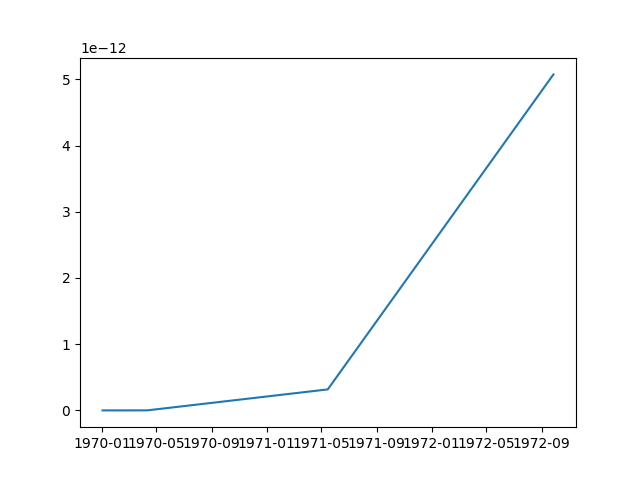
Repository: MichaelCullen2011/QuantumAndNeutrinos
Script's output: python neutrinos.py
The author's editor kept a copy of each file at every save. The script's output is drawn from the files as they stood at one save, then again after the next save.
Random numbers start from a fixed seed.

Above is the script's output before, as saved 2021-06-02 10:08:34.

### neutrinos.py
import numpy as np
import matplotlib.pyplot as plt


'''
To Do       -   Add graphing for a range of energies for each neutrino cs reaction
'''


'''
Variables and Constants
'''
# Variables
delta_m_sq = 'Mass difference squared between two flavour states'
delta_m_e_mu_sq = 7.53e-5      # eV**2
delta_m_tau_mu_sq = 2.44e-3    # eV**2  # can be +ve or -ve
delta_m_tau_e_sq = 2.44e-3     # eV**2  # can be +ve or -ve
delta_m_mu_e_sq = delta_m_e_mu_sq      # eV**2
delta_m_mu_tau_sq = delta_m_tau_mu_sq    # can be +ve or -ve
delta_m_e_tau_sq = delta_m_tau_e_sq     # eV**2

sin_sq_theta_e_tau = 0.093
sin_sq_theta_e_mu = 0.846
sin_sq_theta_mu_tau = 0.92      # actually > 0.92 but it varies on atmospheric values
sin_sq_theta_mu_e = sin_sq_theta_e_mu
sin_sq_theta_tau_e = sin_sq_theta_e_tau
sin_sq_theta_tau_mu = sin_sq_theta_mu_tau


m_out = 10       # reactant mass out (electrons, muons etc)
m_in = 1000        # reactant mass in (electrons, muons etc)
E_v = 100     # Neutrino energy
L = 10       # distance oscillating (for oscillation)
E = E_v     # Neutrino beam energy
d = 10       # distance travelled (for decoherence)

G_f = 1.1663787e-5         # GeV-2
sin_sq_theta_w = 0.22290        # Weinberg angle
m_e = 0.511 * 1e-3     # GeV c-2
m_u = 105 * 1e-3       # GeV c-2
sigma_naught = 1.72e-45         # m**2 / GeV


mom_v = 0
# mom_e = m_e + v_e
# mom_u = m_u + v_u
mom_e = np.sqrt((sigma_naught * np.pi) / G_f**2)
mom_u = mom_e * (m_u / m_e)      # assume similar velocities

kinematic_e = (mom_v + mom_e)**2
kinematic_u = (mom_v + mom_u)**2

kinematic_e = m_e**2 + 2*m_e*E_v
kinematic_u = m_u**2 + 2*m_u*E_v

sigma_naught_e = (G_f**2 * kinematic_e) / np.pi
sigma_naught_u = (G_f**2 * kinematic_u) / np.pi


'''
Oscillation Probabilities   -   p_oscill = (np.sin(2 * theta))**2 * (np.sin((delta_m_sq * L) / (4 * E)))**2
'''


class Oscillations:
    def __init__(self, distance):
        p_e_mu_list = []
        p_e_tau_list = []
        p_e_e_list = []

        p_mu_e_list = []
        p_mu_tau_list = []
        p_mu_mu_list = []

        p_tau_e_list = []
        p_tau_mu_list = []
        p_tau_tau_list = []

        max = 1000      # Number of points
        E = 4      # GeV
        L = distance    # Km
        x_range = np.linspace(0, L / E, max)
        theta_range = np.linspace(0, 2 * np.pi, max)
        n = 0
        for x in x_range:
            n += 1
            print("Calculated Probability {} of {}".format(n, max))
            p_e_mu_list.append(Oscillations.prob(self, flavours='e_mu', x=x))
            p_e_tau_list.append(Oscillations.prob(self, flavours='e_tau', x=x))
            p_e_e_list.append(
                (1 - (Oscillations.prob(self, flavours='e_mu', x=x)) * (1 - Oscillations.prob(self, flavours='e_tau', x=x))))

            p_mu_e_list.append(Oscillations.prob(self, flavours='mu_e', x=x))
            p_mu_tau_list.append(Oscillations.prob(self, flavours='mu_tau', x=x))
            p_mu_mu_list.append(
                (1 - Oscillations.prob(self, flavours='mu_e', x=x)) * (1 - Oscillations.prob(self, flavours='mu_tau', x=x)))

            p_tau_e_list.append(Oscillations.prob(self, flavours='tau_e', x=x))
            p_tau_mu_list.append(Oscillations.prob(self, flavours='tau_mu', x=x))
            p_tau_tau_list.append(
                (1 - (Oscillations.prob(self, flavours='tau_e', x=x)) * (1 - Oscillations.prob(self, flavours='tau_mu', x=x))))

        prob_e = [p_e_e_list, p_e_mu_list, p_e_tau_list]
        prob_mu = [p_mu_mu_list, p_mu_e_list, p_mu_tau_list]
        prob_tau = [p_tau_tau_list, p_tau_e_list, p_tau_mu_list]

        prob_neut = [prob_e, prob_mu, prob_tau]

        fig, axs = plt.subplots(3)
        fig.suptitle('Neutrino Oscillations')
        n = 0
        for initial in prob_neut:
            if n == 0:
                for p in initial:
                    axs[n].plot(x_range, p)
                    axs[n].legend(['e to e', 'e to mu', 'e to tau'], loc=1)
            if n == 1:
                for p in initial:
                    axs[n].plot(x_range, p)
                    axs[n].legend(['mu to mu', 'mu to e', 'mu to tau'], loc=1)
            if n == 2:
                for p in initial:
                    axs[n].plot(x_range, p)
                    axs[n].legend(['tau to tau', 'tau to e', 'tau to mu'], loc=1)
            n += 1

    def prob(self, flavours, x):
        if flavours == 'e_mu':
            prob = sin_sq_theta_e_mu * np.square(np.sin(1.27 * delta_m_e_mu_sq * x / 4))
        elif flavours == 'e_tau':
            prob = sin_sq_theta_e_tau * np.square(np.sin(1.27 * delta_m_e_tau_sq * x / 4))
        elif flavours == 'mu_e':
            prob = sin_sq_theta_e_mu * np.square(np.sin(1.27 * delta_m_mu_e_sq * x / 4))
        elif flavours == 'mu_tau':
            prob = sin_sq_theta_mu_tau * np.square(np.sin(1.27 * delta_m_mu_tau_sq * x / 4))
        elif flavours == 'tau_e':
            prob = sin_sq_theta_tau_e * np.square(np.sin(1.27 * delta_m_tau_e_sq * x / 4))
        elif flavours == 'tau_mu':
            prob = sin_sq_theta_tau_mu * np.square(np.sin(1.27 * delta_m_tau_mu_sq * x / 4))
        return prob


'''
Cross Sections
'''


class CrossSections:
    def __init__(self, energy, lepton):
        E_v = energy
        sigma_naught = 1.72e-45

        s_e = sigma_naught * np.pi / G_f**2
        s_u = s_e * (m_u / m_e)

        sigma_naught_e = (2 * m_e * G_f**2 * E_v) / np.pi
        sigma_naught_u = (2 * m_u * G_f**2 * E_v) / np.pi

        print("HERE ", sigma_naught_e, sigma_naught_u)
        if lepton == 'e':
            sigma_naught = sigma_naught_e
            self.cs_without_ms = {'e_e': [], 'E_E': [], 'E_U': [], 'u_e': [], 'u_u': [], 'U_U': []}
            self.cs_with_ms = {'e_e': [], 'E_E': [], 'E_U': [], 'u_e': [], 'u_u': [], 'U_U': []}

        elif lepton == 'u':
            sigma_naught = sigma_naught_u
            self.cs_without_ms = {'e_e': [], 'E_E': [], 'U_E': [], 'e_u': [], 'u_u': [], 'U_U': []}
            self.cs_with_ms = {'e_e': [], 'E_E': [], 'U_E': [], 'e_u': [], 'u_u': [], 'U_U': []}

        for flavour in self.cs_without_ms.keys():
            cs = CrossSections.neutrino_and_electron(self, flavour=flavour) * energy * sigma_naught
            self.cs_without_ms[flavour].append(cs)
            self.cs_with_ms[flavour].append(
                cs * energy * sigma_naught *
                CrossSections.mass_suppression(
                    self, flavour, energy=energy, reaction_lepton=lepton
                )
            )
        print("CS without mass suppression, \n", self.cs_without_ms)
        print("CS with mass suppression, \n", self.cs_with_ms)

    def neutrino_and_electron(self, flavour):
        if flavour == 'e_e':
            cs = 0.25 + sin_sq_theta_w + (4 / 3) * np.square(sin_sq_theta_w)
        elif flavour == 'E_E':
            cs = (1 / 12) + 1 / 3 * (sin_sq_theta_w + 4 / 3 * np.square(sin_sq_theta_w))
        elif flavour == 'E_U' or flavour == 'U_E':
            cs = 1 / 3
        elif flavour == 'u_e' or flavour == 'e_u':
            cs = 1
        elif flavour == 'u_u':
            cs = 1 / 4 - sin_sq_theta_w + 4 / 3 * np.square(sin_sq_theta_w)
        elif flavour == 'U_U':
            cs = 1 / 12 - 1 / 3 * sin_sq_theta_w + 4 / 3 * np.square(sin_sq_theta_w)
        return cs

    def mass_suppression(self, flavour, energy, reaction_lepton='e'):
        m_E = m_e
        m_U = m_u
        if reaction_lepton == 'e':
            m_in = m_e
        elif reaction_lepton == 'u':
            m_in = m_u

        if flavour == 'e_e':
            zeta = 1 - ((m_e ** 2) / (m_in ** 2 + 2 * m_in * energy))
        elif flavour == 'E_E':
            zeta = 1 - ((m_e ** 2) / (m_in ** 2 + 2 * m_in * energy))
        elif flavour == 'E_U':
            zeta = 1 - ((m_u ** 2) / (m_in ** 2 + 2 * m_in * energy))
        elif flavour == 'u_e':
            zeta = 1 - ((m_u ** 2) / (m_in ** 2 + 2 * m_in * energy))
        elif flavour == 'u_u':
            zeta = 1 - ((m_e ** 2) / (m_in ** 2 + 2 * m_in * energy))
        elif flavour == 'U_U':
            zeta = 1 - ((m_e ** 2) / (m_in ** 2 + 2 * m_in * energy))
        # neutrino-muon specific reactions
        elif flavour == 'U_E':
            zeta = 1 - ((m_e ** 2) / (m_in ** 2 + 2 * m_in * energy))
        elif flavour == 'e_u':
            zeta = 1 - ((m_e ** 2) / (m_in ** 2 + 2 * m_in * energy))
        return zeta




def combine_cs(e_class, u_class):
    all_cs = {'e_e': [], 'e_u': [], 'u_u': [], 'u_e': [], 'E_E': [], 'E_U': [], 'U_U': [], 'U_E': []}

    for all_reaction in all_cs.keys():
        for e_reaction, e_value in e_class.cs_without_ms.items():
            if e_reaction == all_reaction:
                all_cs[all_reaction].append(e_value[0])
        for u_reaction, u_value in u_class.cs_without_ms.items():
            if u_reaction == all_reaction:
                all_cs[all_reaction].append(u_value[0])

    for all_reaction, all_values in all_cs.items():
        if len(all_values) > 1:
            all_cs[all_reaction] = [(all_values[0] + all_values[1]) / 2]

    return all_cs

    print("COMBINED CS: \n", all_cs)


def gate_cs(all_cs):
    # creates our final dict with the probabilities for all gate interactions
    single_reactions = ['e_e', 'e_u', 'u_u', 'u_e']
    single_reactions_anti = ['E_E', 'E_U', 'U_U', 'U_E']
    whole_reaction = []
    for first_reaction in single_reactions:
        for second_reaction in single_reactions:
            whole_reaction.append(first_reaction[0] + second_reaction[0] + '_' + first_reaction[2] + second_reaction[2])
    for first_reaction in single_reactions_anti:
        for second_reaction in single_reactions_anti:
            whole_reaction.append(first_reaction[0] + second_reaction[0] + '_' + first_reaction[2] + second_reaction[2])
    gate_reactions = {whole_keys: [] for whole_keys in whole_reaction}


    # reaction 1 is reaction_combined[0] + '_' + reaction_combined[3]
    # reaction 2 in reaction_combined[1] + '_' + reaction_combined[4]
    for reaction_combined in gate_reactions.keys():
        first_reaction = reaction_combined[0] + '_' + reaction_combined[3]
        second_reaction = reaction_combined[1] + '_' + reaction_combined[4]
        gate_reactions[reaction_combined] = all_cs[first_reaction][0] * all_cs[second_reaction][0]

    for key, value in gate_reactions.items():
        print(f"{key}: {value}")
    return gate_reactions


'''
Wave Functions (for plotting)
'''


class WaveFunctions:
    def __init__(self, accuracy):
        phi = np.linspace(0, np.pi, accuracy)
        theta = np.linspace(0, 2 * np.pi, 20)
        prob_at_detector = {'e_e': [], 'e_mu': [], 'e_tau': [],
                            'mu_mu': [], 'mu_e': [], 'mu_tau': [],
                            'tau_tau': [], 'tau_e': [], 'tau_mu': []}
        flavour_list = ['e_e', 'e_mu', 'e_tau', 'mu_mu', 'mu_e', 'mu_tau', 'tau_tau', 'tau_e', 'tau_mu']
        detector_1 = {'e_e': [], 'e_mu': [], 'e_tau': [],
                      'mu_mu': [], 'mu_e': [], 'mu_tau': [],
                      'tau_tau': [], 'tau_e': [], 'tau_mu': []}
        detector_2 = {'e_e': [], 'e_mu': [], 'e_tau': [],
                      'mu_mu': [], 'mu_e': [], 'mu_tau': [],
                      'tau_tau': [], 'tau_e': [], 'tau_mu': []}

        for flavour_change in flavour_list:
            for phi_value in phi:
                prob_at_detector[flavour_change].append(WaveFunctions.prob(self, flavour=flavour_change, phi=phi_value))

            for tuple in prob_at_detector[flavour_change]:
                detector_1[flavour_change].append(tuple[0])
                detector_2[flavour_change].append(tuple[0])

        fig1 = plt.figure()
        fig2 = plt.figure()
        ax1 = fig1.add_subplot(111)
        ax2 = fig2.add_subplot(111)
        ax1.title.set_text('Detector 1 Probabilities')
        ax2.title.set_text('Detector 2 Probabilities')

        ax1.set_xticks(ticks=np.linspace(start=0, stop=2 * np.pi, num=int(accuracy)))
        ax1.set_yticks(ticks=np.linspace(0, 1, num=5))
        ax2.set_xticks(ticks=np.linspace(start=0, stop=2 * np.pi, num=int(accuracy)))
        ax2.set_yticks(ticks=np.linspace(0, 1, num=5))


        for prob_list in detector_1.values():
            #print(prob_list)
            ax1.plot(phi, prob_list, '--', linewidth=1)

        for prob_list in detector_2.values():
            #print(prob_list)
            ax2.plot(phi, prob_list, '--', linewidth=1)

        ax1.legend(flavour_list, loc=1)
        ax2.legend(flavour_list, loc=1)

    def prob(self, flavour, phi):
        order_tau_d_same = 1
        order_tau_d_change = 1 / 3
        if flavour == 'e_e':
            prob_f1 = 1
            prob_f2 = 0
        elif flavour == 'e_mu':
            prob_f1 = 1 - (np.sqrt(sin_sq_theta_e_tau) / 2) * (1 - order_tau_d_change * np.cos(phi))
            prob_f2 = (np.sqrt(sin_sq_theta_e_tau) / 2) * (1 - order_tau_d_change * np.cos(phi))
        elif flavour == 'e_tau':
            prob_f1 = 1 - (np.sqrt(sin_sq_theta_e_tau) / 2) * (1 - order_tau_d_change * np.cos(phi))
            prob_f2 = (np.sqrt(sin_sq_theta_e_tau) / 2) * (1 - order_tau_d_change * np.cos(phi))
        if flavour == 'mu_mu':
            prob_f1 = 1
            prob_f2 = 0
        elif flavour == 'mu_e':
            prob_f1 = 1 - (np.sqrt(sin_sq_theta_e_mu) / 2) * (1 - order_tau_d_change * np.cos(phi))
            prob_f2 = (np.sqrt(sin_sq_theta_e_mu) / 2) * (1 - order_tau_d_change * np.cos(phi))
        elif flavour == 'mu_tau':
            prob_f1 = 1 - (np.sqrt(sin_sq_theta_mu_tau) / 2) * (1 - order_tau_d_change * np.cos(phi))
            prob_f2 = (np.sqrt(sin_sq_theta_mu_tau) / 2) * (1 - order_tau_d_change * np.cos(phi))
        if flavour == 'tau_tau':
            prob_f1 = 1
            prob_f2 = 0
        elif flavour == 'tau_e':
            prob_f1 = 1 - (np.sqrt(sin_sq_theta_tau_e) / 2) * (1 - order_tau_d_change * np.cos(phi))
            prob_f2 = (np.sqrt(sin_sq_theta_tau_e) / 2) * (1 - order_tau_d_change * np.cos(phi))
        elif flavour == 'tau_mu':
            prob_f1 = 1 - (np.sqrt(sin_sq_theta_tau_mu) / 2) * (1 - order_tau_d_change * np.cos(phi))
            prob_f2 = (np.sqrt(sin_sq_theta_tau_mu) / 2) * (1 - order_tau_d_change * np.cos(phi))
        return prob_f1, prob_f2


'''
Running
'''
# Oscillations(distance=1e6)    # Prints oscillation probabilities for flavours given the distance it travels

# WaveFunctions(accuracy=20)      # Currently Broken. Doesnt plot correctly # Accuracy is the number of points within the range

energy_list = [1, 5, 10, 50, 100, 500, 1000]       # in GeV
energy_reactions = {keys: [] for keys in energy_list}
for energy in energy_list:
    leptons = {'e': [], 'u': []}
    for lepton in leptons.keys():
        print(f'\n Cross Sections for Reactions with {lepton}:')
        leptons[lepton] = CrossSections(energy=energy, lepton=lepton)    # Energy in GeV

    all_cs = combine_cs(leptons['e'], leptons['u'])
    gate_reactions = gate_cs(all_cs)
    all_values = [values for values in gate_reactions.values()]
    print("Average Prob: ", np.average(all_values))
    energy_reactions[energy] = np.average(all_values)

plt.plot_date(energy_list, energy_reactions.values(), '-')
plt.show()

After the next save:
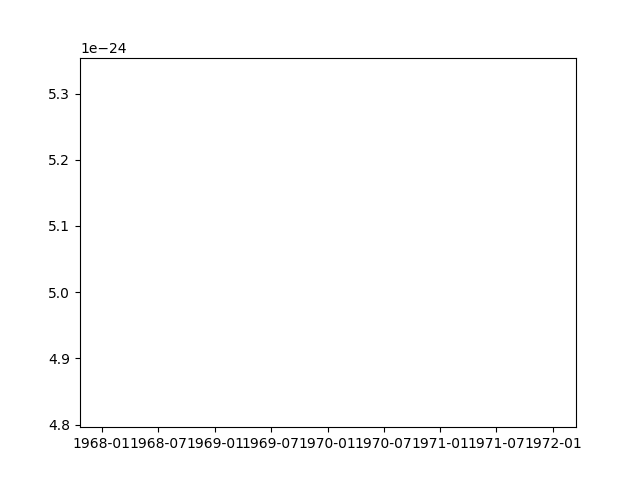
Saved 27 s later.
--- a/neutrinos.py
+++ b/neutrinos.py
@@ -362,7 +362,7 @@ Running
 
 # WaveFunctions(accuracy=20)      # Currently Broken. Doesnt plot correctly # Accuracy is the number of points within the range
 
-energy_list = [1, 5, 10, 50, 100, 500, 1000]       # in GeV
+energy_list = np.linspace(1, 1000, 1)       # in GeV
 energy_reactions = {keys: [] for keys in energy_list}
 for energy in energy_list:
     leptons = {'e': [], 'u': []}
